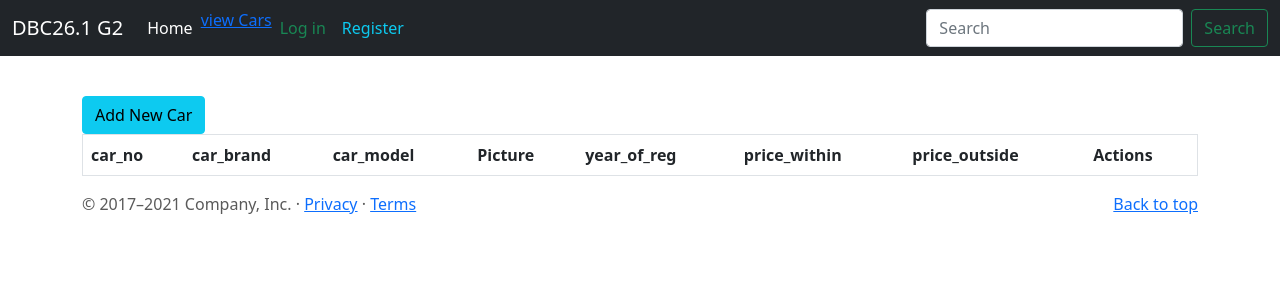
Repository: Cwills21/Aiti-dbc26.1-group-2
Page: http://localhost/cars
These files come from the project's save history. The page is drawn as it stood at one moment and after the next save; the edit follows.
The browser window is 1280 px wide. The pictures show the whole page.
The page is served by the project's Laravel application, run on PHP 8.4 with Laravel 8. Queries for data that is not in the repository find no rows.

Above is the page before, as saved 2022-03-09 23:03:11.

After the next save:
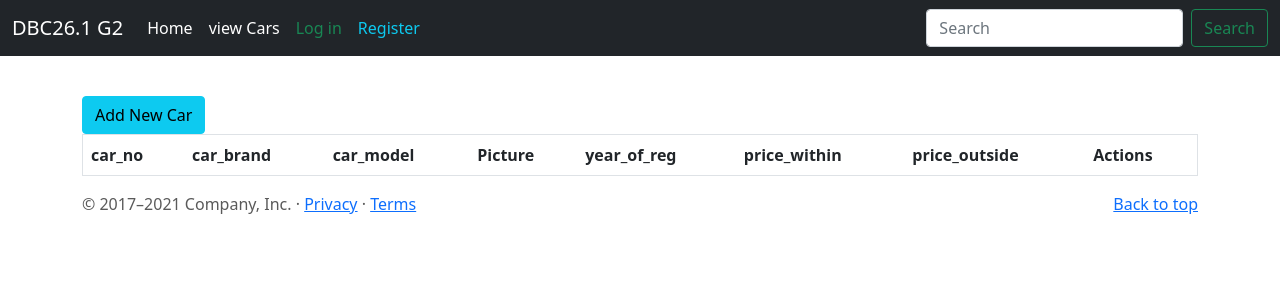
Saved 90 s later.
--- a/resources/views/layout/master.blade.php
+++ b/resources/views/layout/master.blade.php
@@ -62,7 +62,7 @@
             <a class="nav-link active" aria-current="page" href="/">Home</a>
           </li>
           <li class="nav-item">
-          <a href="{{ route('showAllCars') }}">view Cars</a>
+          <a class="nav-link active" href="{{ route('showAllCars') }}">view Cars</a>
           </li>
           @if (Route::has('login'))
                         @auth
